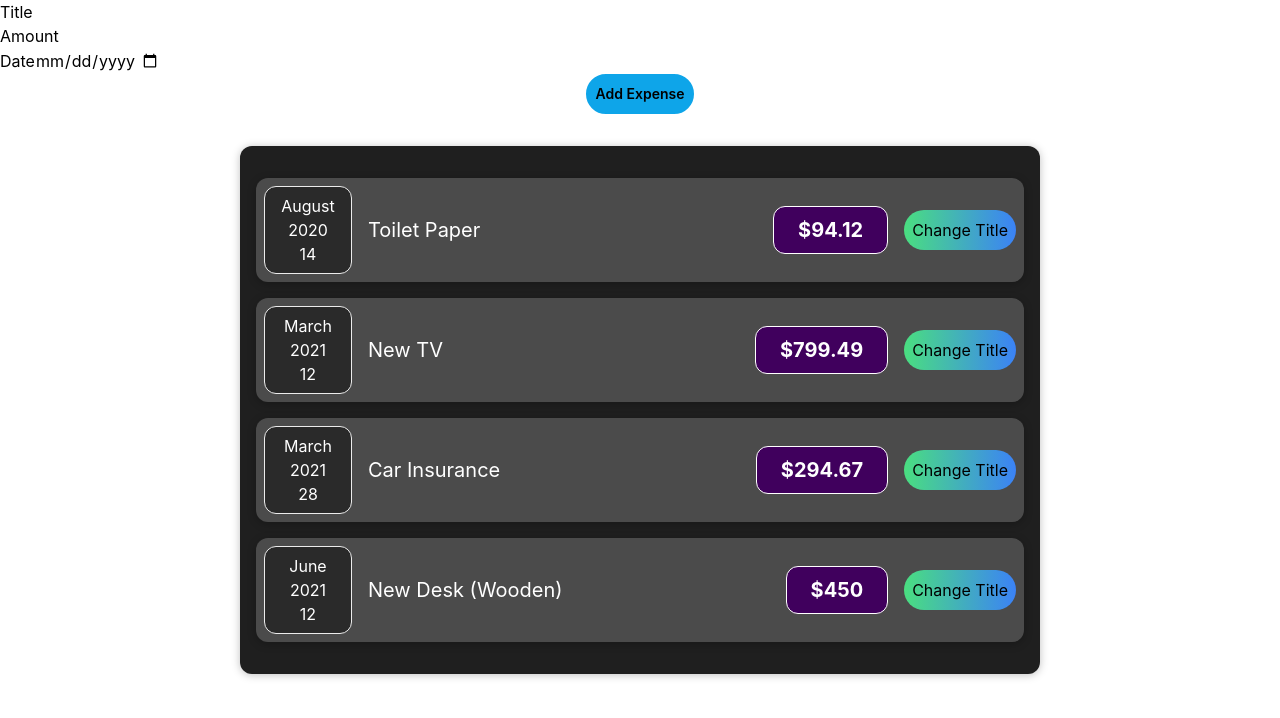
Repository: Sef24/expense-tracker
Page: /
An editor plug-in stored every save of this project. The page is shown before and after the next save, followed by the edit.
The browser window is 1280 px wide. The pictures show the whole page.
The project was rebuilt for these pictures with package versions that can differ from the ones it lists, and the page was loaded fresh each time. Also part of the build but not shown: src/components/NewExpense/NewExpense.css, src/components/NewExpense/ExpenseForm.css.

Above is the page before, as saved 2022-04-24 15:59:33.

### public/index.html
<!DOCTYPE html>
<html lang="en">
  <head>
    <meta charset="utf-8" />
    <link rel="icon" href="%PUBLIC_URL%/favicon.ico" />
    <meta name="viewport" content="width=device-width, initial-scale=1" />

    <meta
      name="description"
      content="Web site created using create-react-app"
    />
    <link rel="apple-touch-icon" href="%PUBLIC_URL%/logo192.png" />
    <!--
      manifest.json provides metadata used when your web app is installed on a
      user's mobile device or desktop. See https://developers.google.com/web/fundamentals/web-app-manifest/
    -->
    <link rel="manifest" href="%PUBLIC_URL%/manifest.json" />
    <!--
      Notice the use of %PUBLIC_URL% in the tags above.
      It will be replaced with the URL of the `public` folder during the build.
      Only files inside the `public` folder can be referenced from the HTML.

      Unlike "/favicon.ico" or "favicon.ico", "%PUBLIC_URL%/favicon.ico" will
      work correctly both with client-side routing and a non-root public URL.
      Learn how to configure a non-root public URL by running `npm run build`.
    -->
    <title>React App</title>
  </head>
  <body>
    <noscript>You need to enable JavaScript to run this app.</noscript>
    <div id="root"></div>
    <!--
      This HTML file is a template.
      If you open it directly in the browser, you will see an empty page.

      You can add webfonts, meta tags, or analytics to this file.
      The build step will place the bundled scripts into the <body> tag.

      To begin the development, run `npm start` or `yarn start`.
      To create a production bundle, use `npm run build` or `yarn build`.
    -->
  </body>
</html>

### src/App.js
import Expenses from "./components/Expenses";
import NewExpense from "./components/NewExpense/NewExpense";

function App() {
  const expenses = [
    {
      id: "e1",
      title: "Toilet Paper",
      amount: 94.12,
      date: new Date(2020, 7, 14),
    },
    { id: "e2", title: "New TV", amount: 799.49, date: new Date(2021, 2, 12) },
    {
      id: "e3",
      title: "Car Insurance",
      amount: 294.67,
      date: new Date(2021, 2, 28),
    },
    {
      id: "e4",
      title: "New Desk (Wooden)",
      amount: 450,
      date: new Date(2021, 5, 12),
    },
  ];
  return (
    <div>
      <NewExpense />
      <Expenses items={expenses} />
    </div>
  );
}

export default App;

### src/components/Expenses.js
import React from "react";
import ExpenseItem from "./ExpenseItem";
import "./Expenses.css";

function Expenses(props) {
  <h1 className=""> Hello</h1>;
  return (
    <div className="expenses">
      <ExpenseItem
        title={props.items[0].title}
        amount={props.items[0].amount}
        date={props.items[0].date}
      />

      <ExpenseItem
        title={props.items[1].title}
        amount={props.items[1].amount}
        date={props.items[1].date}
      />
      <ExpenseItem
        title={props.items[2].title}
        amount={props.items[2].amount}
        date={props.items[2].date}
      />
      <ExpenseItem
        title={props.items[3].title}
        amount={props.items[3].amount}
        date={props.items[3].date}
      />
    </div>
  );
}

export default Expenses;

### src/components/NewExpense/NewExpense.js
import React from "react";
import "./NewExpense.css";
import ExpenseForm from "./ExpenseForm";

function NewExpense() {
  return (
    <div>
      <ExpenseForm onSaveExpenseData />
    </div>
  );
}

export default NewExpense;

### src/components/ExpenseItem.js
import React, { useState } from "react";
import "./ExpenseItem.css";
import ExpenseDate from "./ExpenseDate";

function ExpenseItem(props) {
  const [title, setTitle] = useState(props.title);

  const clickHandler = () => {
    setTitle("Updated");
    console.log(title);
  };

  return (
    <div className="expense-item ">
      <ExpenseDate date={props.date} />

      <div className="expense-item__description">
        <h2>{props.title}</h2>

        <div className="expense-item__price">${props.amount}</div>
      </div>
      <button
        className="p-2 ml-4 border-transparent rounded-full border-0
        bg-gradient-to-r from-green-400 to-blue-500
        hover:from-pink-500 hover:to-yellow-500 ...
        active:opacity-75"
        onClick={clickHandler}
      >
        Change Title
      </button>
    </div>
  );
}

export default ExpenseItem;

### src/components/NewExpense/ExpenseForm.js
import React, { useState } from "react";
import "./ExpenseForm.css";

function ExpenseForm() {
  const [enteredTitle, setEnteredTitle] = useState("");
  const [enteredAmount, setEnteredAmount] = useState("");
  const [enteredDate, setEnteredDate] = useState("");

  const titleChangeHandler = (event) => {
    setEnteredTitle(event.target.value);
  };

  const amountChangeHandler = (event) => {
    setEnteredAmount(event.target.value);
  };

  const dateChangeHandler = (event) => {
    setEnteredDate(event.target.value);
  };

  const submitExpenseHandler = (event) => {
    event.preventDefault();

    const expenseData = {
      title: enteredTitle,
      amount: enteredAmount,
      date: enteredDate,
    };
    console.log(expenseData);
    setEnteredTitle("");
    setEnteredAmount("");
    setEnteredDate("");
  };
  return (
    <form onSubmit={submitExpenseHandler}>
      <div>
        <div>
          <label>Title</label>
          <input
            type="text"
            value={enteredTitle}
            onChange={titleChangeHandler}
          />
        </div>

        <div>
          <label>Amount</label>
          <input
            type="number"
            value={enteredAmount}
            min="0.01"
            step="0.01"
            onChange={amountChangeHandler}
          />
        </div>

        <div>
          <label>Date</label>
          <input
            type="date"
            value={enteredDate}
            min="2019-01-01"
            max="2022-12-31"
            onChange={dateChangeHandler}
          />
        </div>
      </div>

      <div className="grid justify-items-center">
        <button
          className="text-sm text-gradient font-semibold border-solid border-2 border-sky-500 rounded-full p-2
           bg-sky-500 hover:bg-sky-600"
          type="submit"
        >
          Add Expense
        </button>
      </div>
    </form>
  );
}

export default ExpenseForm;

### src/components/ExpenseItem.css
.expense-item {
  display: flex;
  justify-content: space-between;
  align-items: center;
  box-shadow: 0 2px 8px rgba(0, 0, 0, 0.25);
  padding: 0.5rem;
  margin: 1rem 0;
  border-radius: 12px;
  background-color: #4b4b4b;
}

.expense-item__description {
  display: flex;
  flex-direction: column;
  gap: 1rem;
  align-items: flex-end;
  flex-flow: column-reverse;
  justify-content: flex-start;
  flex: 1;
}

.expense-item h2 {
  color: #3a3a3a;
  font-size: 1rem;
  flex: 1;
  margin: 0 1rem;
  color: white;
}

.expense-item__price {
  font-size: 1rem;
  font-weight: bold;
  color: white;
  background-color: #40005d;
  border: 1px solid white;
  padding: 0.5rem;
  border-radius: 12px;
}

@media (min-width: 580px) {
  .expense-item__description {
    flex-direction: row;
    align-items: center;
    justify-content: flex-start;
    flex: 1;
  }

  .expense-item__description h2 {
    font-size: 1.25rem;
  }

  .expense-item__price {
    font-size: 1.25rem;
    padding: 0.5rem 1.5rem;
  }
}

### src/components/ExpenseDate.js
import React from "react";
import "./ExpenseDate.css";

function ExpenseDate(props) {
  const month = props.date.toLocaleString("en-US", { month: "long" });
  const day = props.date.getDate();
  const year = props.date.getFullYear();

  return (
    <div className="expense-date">
      <div className="expense__month">{month}</div>
      <div className="expense__year">{year}</div>
      <div className="expense__day">{day}</div>
    </div>
  );
}

export default ExpenseDate;

Loaded but not shown: src/index.js (common file); src/index.css (common file); src/components/Expenses.css (common file); src/components/ExpenseDate.css (common file); tailwind.config.js (common file)

After the next save:
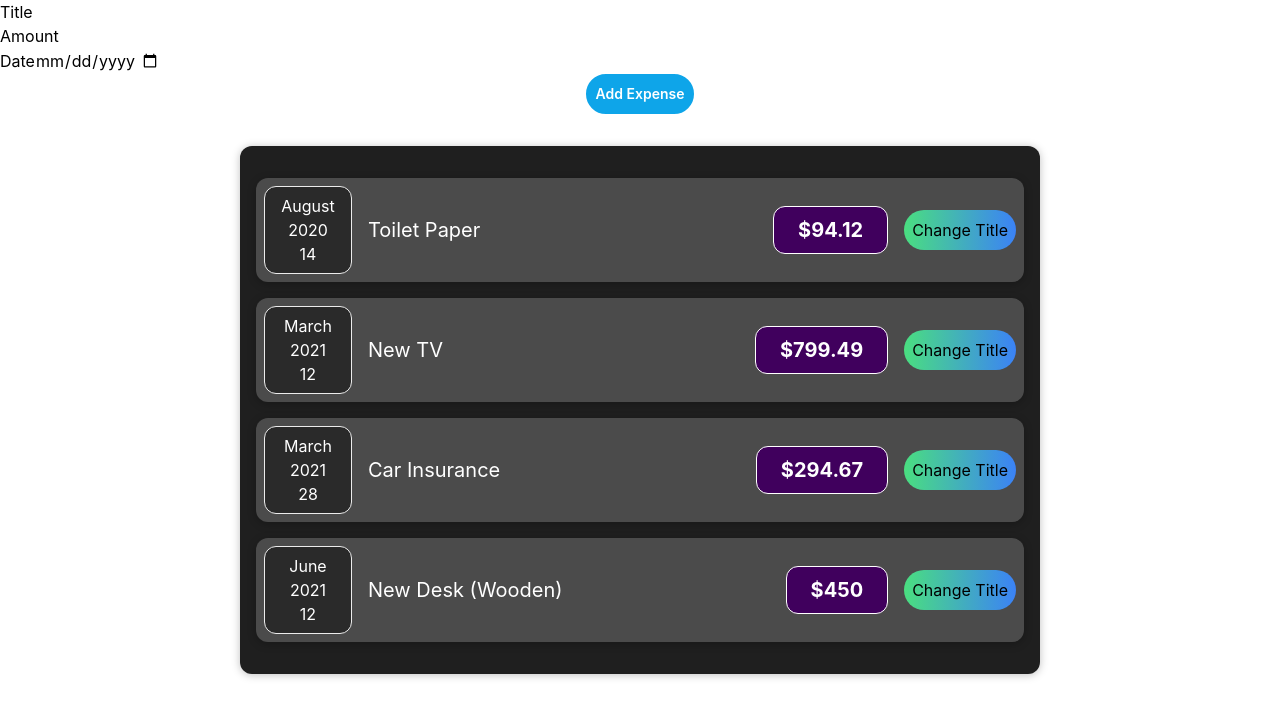
Saved 6 s later.
--- a/src/components/NewExpense/ExpenseForm.js
+++ b/src/components/NewExpense/ExpenseForm.js
@@ -68,7 +68,7 @@ function ExpenseForm() {
 
       <div className="grid justify-items-center">
         <button
-          className="text-sm text-gradient font-semibold border-solid border-2 border-sky-500 rounded-full p-2
+          className="text-sm text-white font-semibold border-solid border-2 border-sky-500 rounded-full p-2
            bg-sky-500 hover:bg-sky-600"
           type="submit"
         >
